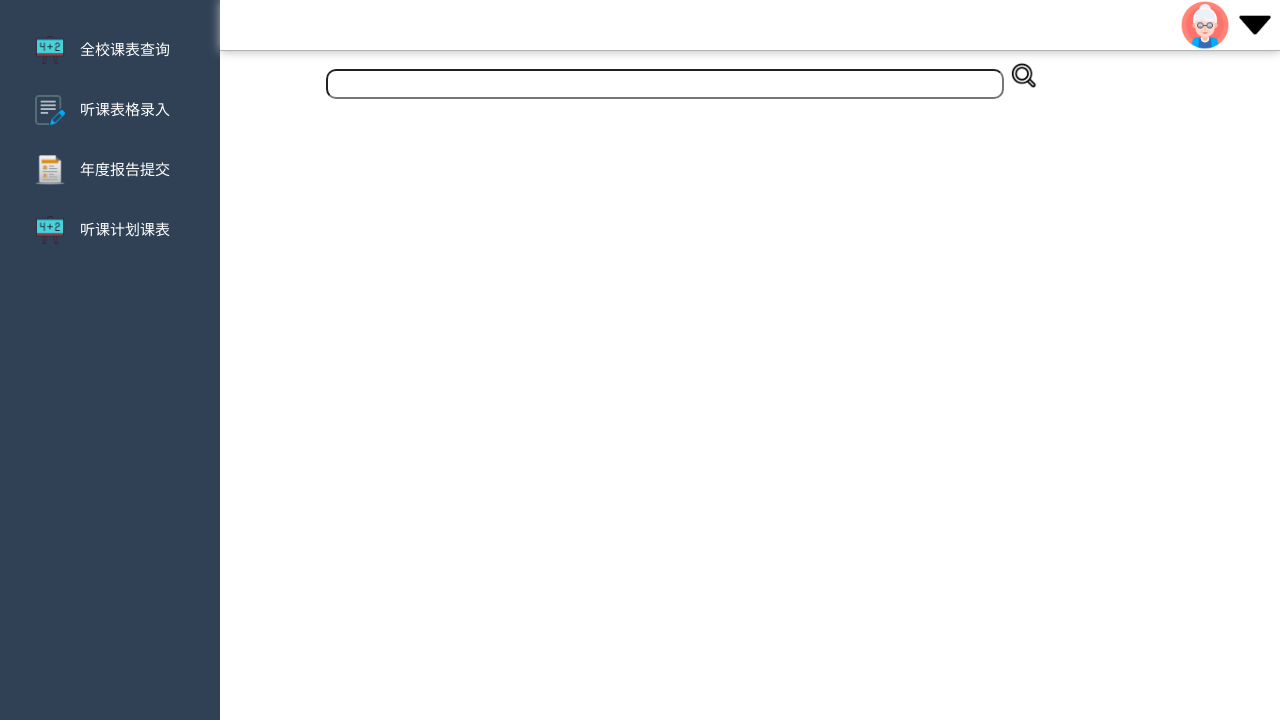
Repository: shandamengcheng/graduate-project
Page: /home
These files come from the project's save history. The page is drawn as it stood at one moment and after the next save; the edit follows.
The browser window is 1280 px wide. The pictures show the whole page.
The project was rebuilt for these pictures with package versions that can differ from the ones it lists, and the page was loaded fresh each time. Also part of the build but not shown: src/views/Login.vue.

Above is the page before, as saved 2021-03-14 12:32:40.

### src/App.vue
<template>
  <div id="app">
    <router-view/>
  </div>
</template>

<style>
* {
  margin: 0;
  padding: 0;
  -webkit-box-sizing: inherit;
  box-sizing: inherit;
}

#app, html, body{
  font-family: Avenir, Helvetica, Arial, sans-serif;
  -webkit-font-smoothing: antialiased;
  -moz-osx-font-smoothing: grayscale;
  text-align: center;
  color: #2c3e50;
  height: 100%;
  overflow: hidden;
}

</style>

### src/router/index.js
import Vue from 'vue'
import VueRouter from 'vue-router'
import Home from '../views/Home.vue'
import Login from '../views/Login.vue';
import Search from '../components/Search.vue';

Vue.use(VueRouter)

const routes = [
  {
    path: '/',
    name: 'Login',
    component: Login
  },
  {
    path: '/home',
    name: Home,
    component: Home,
    children:[
      {
        path: '/',
        name: 'Search',
        component: Search,
      },
      {
        path: 'search',
        name: 'Search',
        component: Search,
      }
    ]
  }
]

const router = new VueRouter({
  mode: 'history',
  base: process.env.BASE_URL,
  routes
})

export default router

### src/views/Home.vue
<template>
  <div class="home">
    <SideBar />
    <div class="main">
      <NavigationBar />
      <router-view />
      <!-- <Search /> -->
    </div>
  </div>
</template>

<script>
// @ is an alias to /src
import Login from "@/views/Login";
import SideBar from "@/components/SideBar";
import NavigationBar from "@/components/NavigationBar";
import Search from "@/components/Search";

export default {
  name: "Home",
  components: {
    Login,
    SideBar,
    NavigationBar,
    Search,
  },
};
</script>

<style scoped>
.home {
  min-height: 100%;
  width: 100%;
  display: flex;
  flex-direction: row;
  /* background-color: #2d3a4b;
    color: white; */
  overflow: hidden;
}
.main {
  width: calc(100% - 220px);
  min-width: 600px;
}
</style>

### src/components/Search.vue
<template>
  <div class="search">
    <input type="search" />
    <img src="@/assets/search.png" >
  </div>
</template>

<script>
export default {
  name: "Search",
};
</script>

<style scoped>
.search {
  width: 80%;
  margin: auto;
  height: 30px;
  margin-top: 10px;
  text-align: left;
  font-size: 0;
}
.search input {
  display: inline-block;
  width: 80%;
  height: 30px;
  line-height: 30px;
  margin: auto;
  border-radius: 10px;
  outline: none;
  font-size: 20px;
  padding: 0 5px;
  box-sizing: border-box;
}
.search img {
  display: inline-block;
  width: 30px;
  height: 30px;
  margin-left: 5px;
}
</style>

### src/components/SideBar.vue
<template>
  <div class="sidebar">
    <SideBarItem>
      <img src="@/assets/class.png">
      <div>全校课表查询</div>
    </SideBarItem>
    <SideBarItem>
      <img src="@/assets/sheet.png">
      <div>听课表格录入</div>
    </SideBarItem>
    <SideBarItem>
      <img src="@/assets/report.png">
      <div>年度报告提交</div>
    </SideBarItem>
     <SideBarItem>
      <img src="@/assets/class.png">
      <div>听课计划课表</div>
    </SideBarItem>
  </div>
</template>

<script>
import SideBarItem from "@/components/SideBarItem";

export default {
  name: "SideBar",
  components: {
    SideBarItem,
  },

}
</script>

<style scoped>
.sidebar {
  width: 220px;
  min-width: 220px;
  height: 100vh;
  background: #304156;
  color: white;
  font-size: 15px;
  text-align: center;
  display: flex;
  flex-direction: column;
  padding-top: 20px;
}
</style>

### src/components/NavigationBar.vue
<template>
  <div class="navbar">
    <img src="@/assets/avatar.png" class="avatar-img">
    <img src="@/assets/arrow.png" class="avatar-submenu">
  </div>
</template>

<script>
export default {
  name: "NavigationBar",
}
</script>

<style scoped>
.navbar {
  width: 100%;
  height: 50px;
  /* background: pink; */
  display: flex;
  justify-content: flex-end;
  border-bottom: .5px solid rgb(180, 178, 178);
  box-shadow: 0px 0px 10px rgb(180, 178, 178);
}
.navbar img {
  display: inline-block;
  height: 100%;
  width: 50px;
  border-radius: 10px;
}
.avatar-submenu {
  width: 15px;
  height: 15px;
}
</style>

### src/components/SideBarItem.vue
<template>
  <div class="sidebar-item" @click="showSearchView">
    <slot>默认列表项</slot>
  </div>
</template>

<script>
export default {
  name: "SideBarItem",
  methods: {
    showSearchView: function() {
      this.$router.push('/home/search');
    }
  }
}
</script>

<style scoped>
.sidebar-item {
  height: 60px;
  padding: 0 10px;
  line-height: 60px;
  border: none;
  outline: none;
  cursor: pointer;
  display: flex;
  justify-content: center;
}
.sidebar-item img {
  /* display: inline-block; */
  align-self: center;
  height: 50%;
  vertical-align: middle;
  width: 15%;
  /* margin-right: 5px; */
}
.sidebar-item div {
  width: 60%;
  /* display: inline-block; */
}
</style>

Loaded but not shown: public/index.html (common file); src/main.js (common file); src/store/index.js (common file)

After the next save:
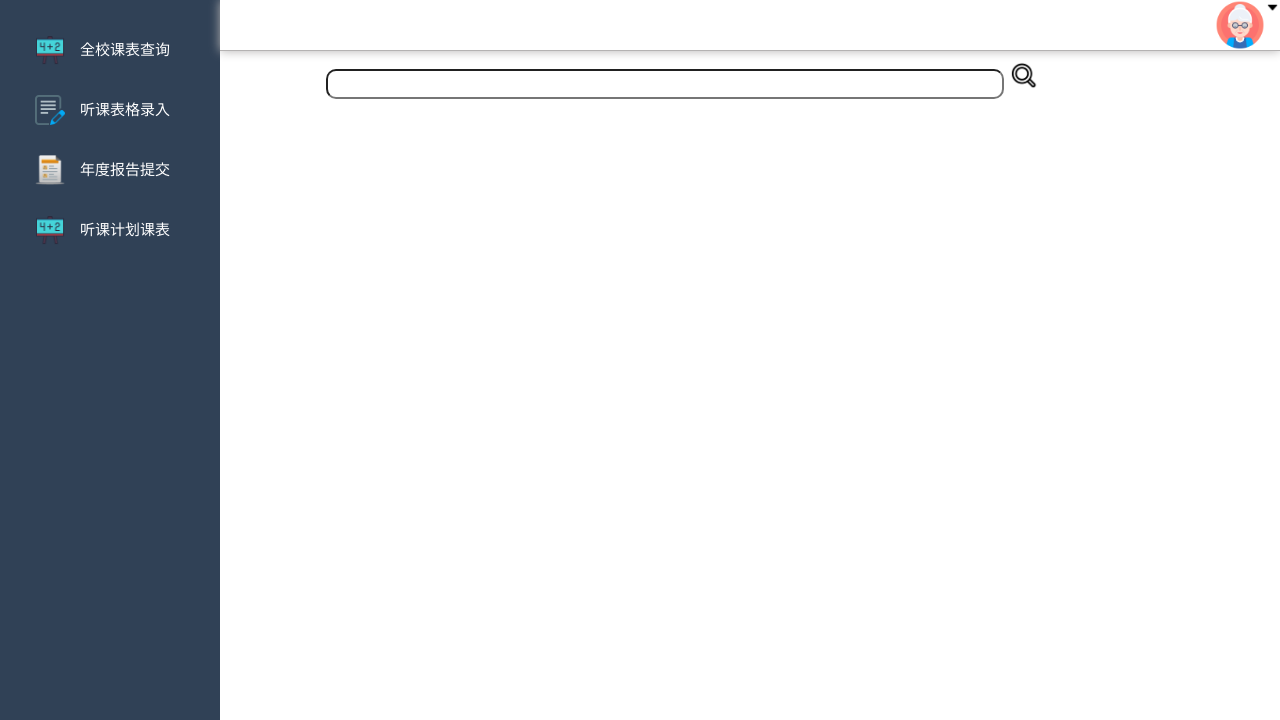
Saved 26 s later.
--- a/src/components/NavigationBar.vue
+++ b/src/components/NavigationBar.vue
@@ -27,7 +27,7 @@ export default {
   width: 50px;
   border-radius: 10px;
 }
-.avatar-submenu {
+.navbar .avatar-submenu {
   width: 15px;
   height: 15px;
 }
